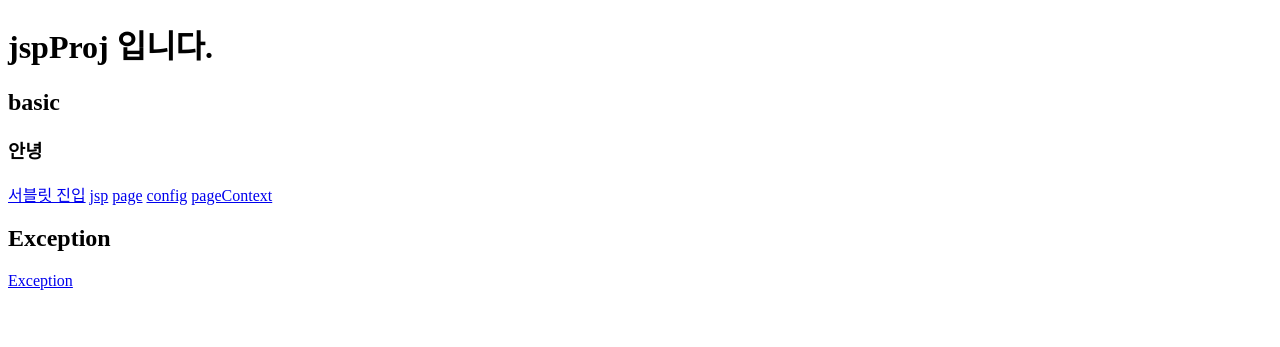
Repository: pshho/newJspProject
Page: http://localhost/JspProj/
These files come from the project's save history. The page is drawn as it stood at one moment and after the next save; the edit follows.
The browser window is 1280 px wide. The pictures show the whole page.
The page is served by Tomcat 9.

Above is the page before, as saved 2023-07-26 00:59:52.

After the next save:
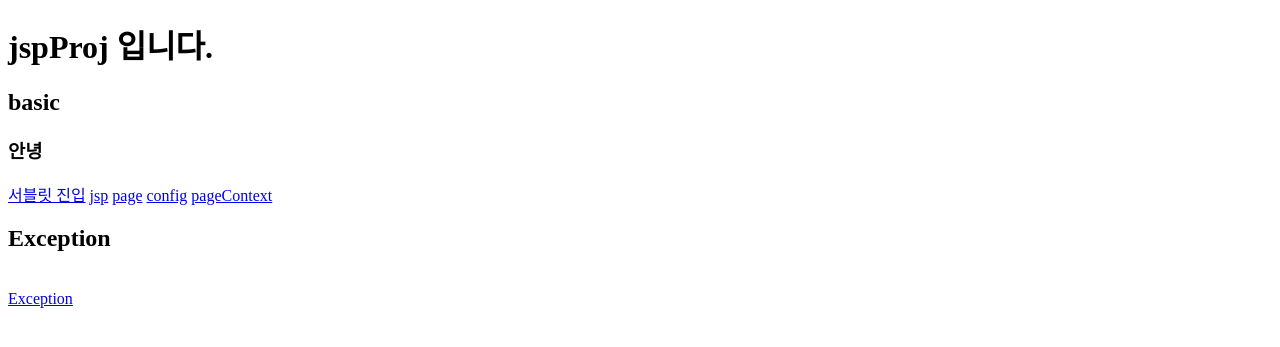
Saved 4 s later.
--- a/JspProj/src/main/webapp/index.jsp
+++ b/JspProj/src/main/webapp/index.jsp
@@ -15,7 +15,7 @@
 	<a href="basic/04_page.jsp">page</a>
 	<a href="basic/05_config.jsp">config</a>
 	<a href="basic/06_pageContext.jsp">pageContext</a>
-	<h2>Exception</h2>
+	<h2>Exception</h2><br/>
 	<a href="err/aaa.jsp">Exception</a>
 </body>
 </html>
